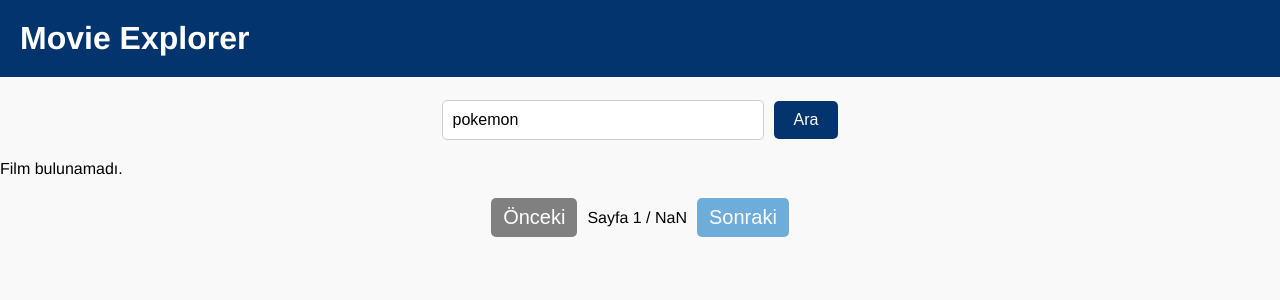
Repository: denizdizi/movie-explorer
Page: /
These files come from the project's save history. The page is drawn as it stood at one moment and after the next save; the edit follows.
The browser window is 1280 px wide. The pictures show the whole page.
The page's requests for data from a server got no answer. The project was rebuilt for these pictures with package versions that can differ from the ones it lists, and the page was loaded fresh each time. No one was signed in, and anything a server would have sent is missing. Also part of the build but not shown: src/App.css, src/components/MovieCard.js.

Above is the page before, as saved 2025-03-28 22:08:54.

After the next save:
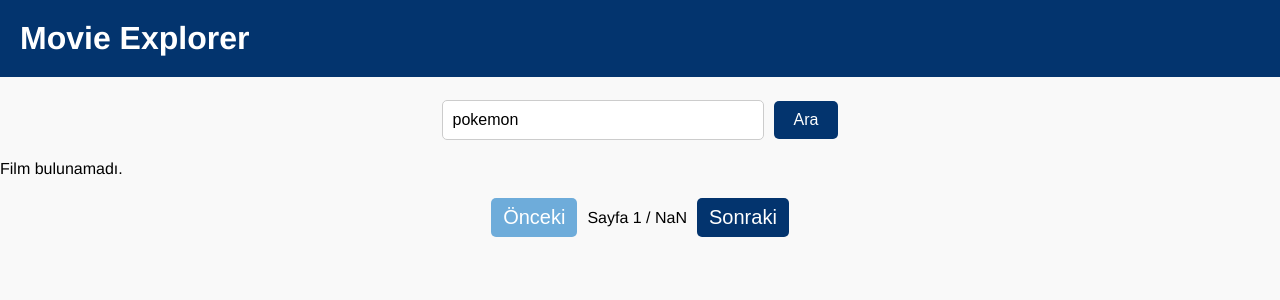
Saved 31 s later.
--- a/src/styles/global.scss
+++ b/src/styles/global.scss
@@ -158,12 +158,12 @@ body {
       font-size: 20px;
       cursor: pointer;
       border: none;
-      background: #6EACDA;
+      background: #03346E;
       color: white;
       border-radius: 5px;
 
       &:disabled {
-        background: gray;
+        background: #6EACDA;
         cursor: not-allowed;
       }
     }
